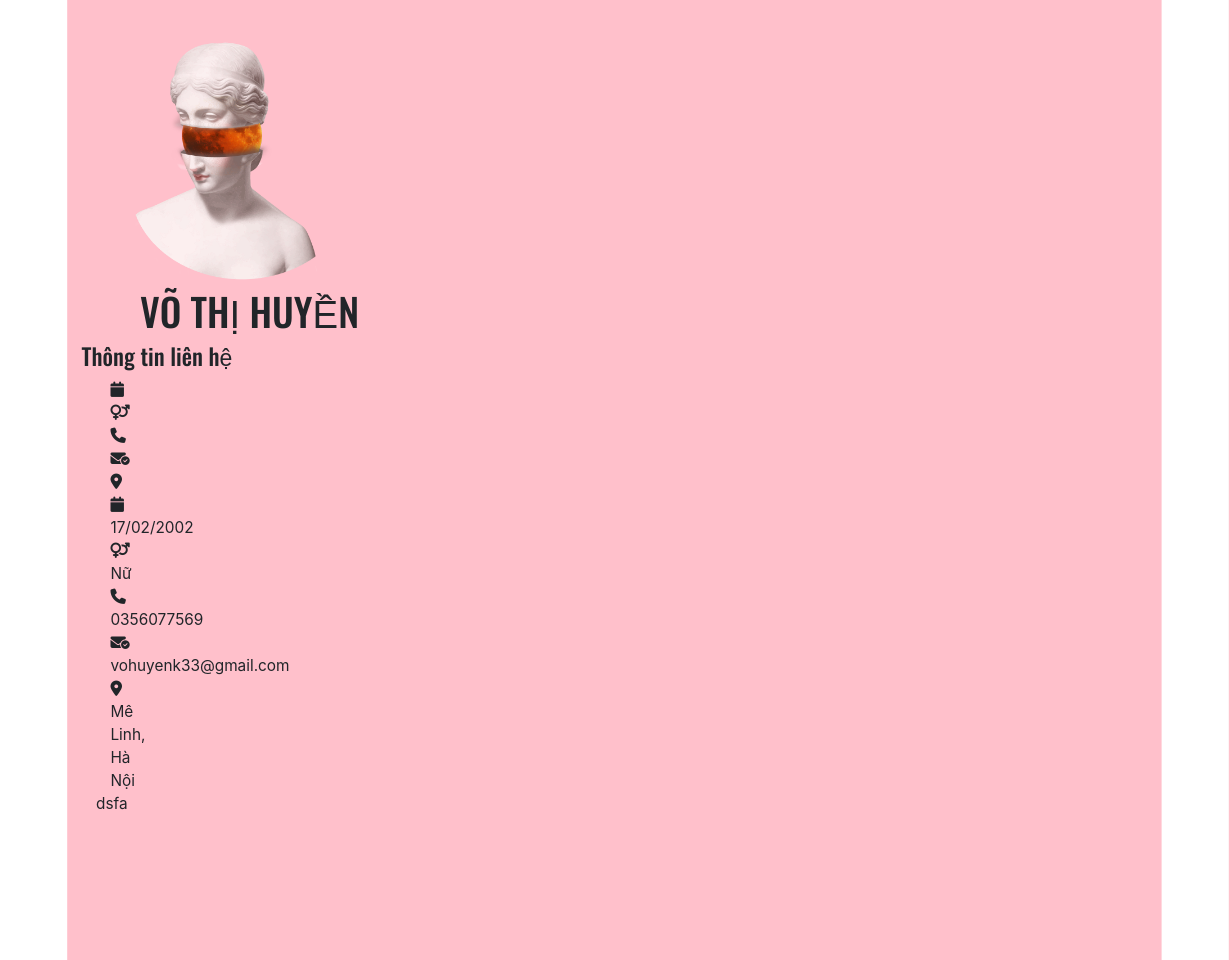
Repository: huyennvo/CSS
Page: CV/index.html
An editor plug-in stored every save of this project. The page is shown before and after the next save, followed by the edit.
The browser window is 1280 px wide. The pictures show the whole page, at 96% of full size.
Some web libraries are served in a nearby version.

Above is the page before, as saved 2022-07-18 15:02:23.

### CV/index.html
<!DOCTYPE html>
<html lang="en">
<head>
    <meta charset="UTF-8">
    <meta http-equiv="X-UA-Compatible" content="IE=edge">
    <meta name="viewport" content="width=device-width, initial-scale=1.0">
    <title>CV</title>
    <link rel="stylesheet" href="./style.css">
    <link rel="stylesheet" href="https://cdn.jsdelivr.net/npm/bootstrap@4.6.1/dist/css/bootstrap.min.css" integrity="sha384-zCbKRCUGaJDkqS1kPbPd7TveP5iyJE0EjAuZQTgFLD2ylzuqKfdKlfG/eSrtxUkn" crossorigin="anonymous">
    <style>
        @import url('https://fonts.googleapis.com/css2?family=Open+Sans:ital,wght@1,500&family=Oswald:wght@500&display=swap');
    </style>
    <script src="https://kit.fontawesome.com/1b99fd25e4.js" crossorigin="anonymous"></script>
</head>
<body>
    <div class="container">
        <div class="row">
            <div class="left col-sm-4">
                <img src="./aurora101.png" class="rounded" alt="Cinque Terre">
                <h1>VÕ THỊ HUYỀN</h1>

                <h4>Thông tin liên hệ</h4>
                <div class="left col-sm-1">
                    <div class="left col-sm-2">
                        <i class="fa-solid fa-calendar"></i>

                        <i class="fa-solid fa-venus-mars"></i>

                        <i class="fa-solid fa-phone"></i>

                        <i class="fa-solid fa-envelope-circle-check"></i>

                        <i class="fa-solid fa-location-dot"></i>

                    </div>
                    <div class="left col-sm-3">
                        <i class="fa-solid fa-calendar"></i>
                        17/02/2002
                        <br>
                        <i class="fa-solid fa-venus-mars"></i>
                        Nữ
                        <br>
                        <i class="fa-solid fa-phone"></i>
                        0356077569
                        <br>
                        <i class="fa-solid fa-envelope-circle-check"></i>
                        vohuyenk33@gmail.com
                        <br>
                        <i class="fa-solid fa-location-dot"></i>
                        Mê Linh, Hà Nội
                        <br>
                    </div>

                </div>

            <div class="right col-sm-8">
                dsfa
            </div>
        </div>
    </div>
</body>
</html>

### CV/style.css
*{
    margin: 0;
    padding: 0;
}

.container {
    width: 500px;
    height: 1000px;
    background-color: pink;
}

img {
    display: block;
    max-width:300px;
    max-height:300px;
    width: auto;
    height: auto;
  }

h1, h4 {
    font-family: 'Open Sans', sans-serif;
    font-family: 'Oswald', sans-serif;
    text-align: center;
}

h4 {
    text-align: left;
}

.left {

}

.right {

}

After the next save:
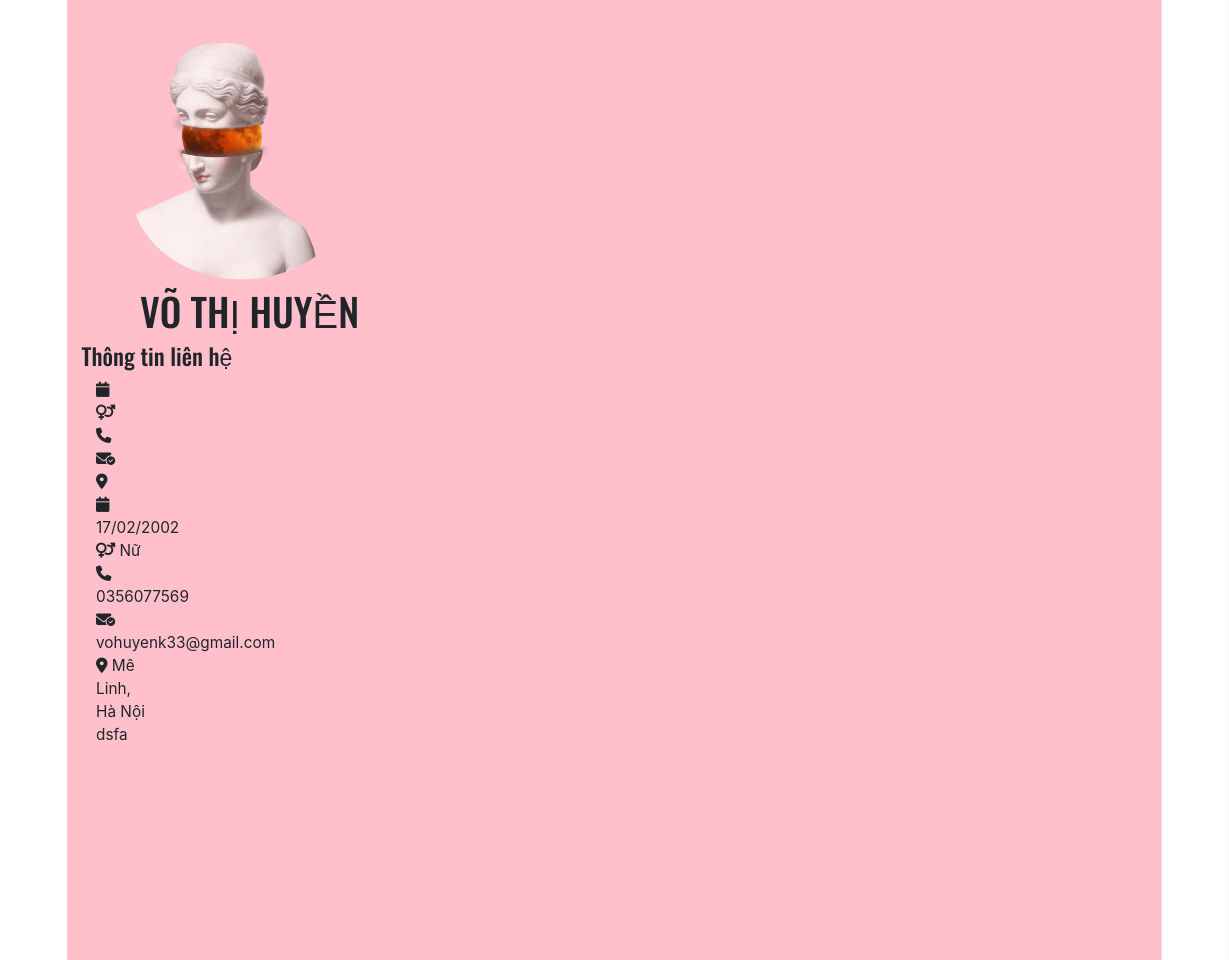
Saved 2 min 17 s later.
--- a/CV/index.html
+++ b/CV/index.html
@@ -20,35 +20,35 @@
                 <h1>VÕ THỊ HUYỀN</h1>
 
                 <h4>Thông tin liên hệ</h4>
-                <div class="left col-sm-1">
-                    <div class="left col-sm-2">
-                        <i class="fa-solid fa-calendar"></i>
+                <div>
+                    <div class="left col-sm-1">
 
-                        <i class="fa-solid fa-venus-mars"></i>
+                            <i class="fa-solid fa-calendar"></i>
 
-                        <i class="fa-solid fa-phone"></i>
+                            <i class="fa-solid fa-venus-mars"></i>
 
-                        <i class="fa-solid fa-envelope-circle-check"></i>
+                            <i class="fa-solid fa-phone"></i>
 
-                        <i class="fa-solid fa-location-dot"></i>
+                            <i class="fa-solid fa-envelope-circle-check"></i>
 
+                            <i class="fa-solid fa-location-dot"></i>
                     </div>
                     <div class="left col-sm-3">
-                        <i class="fa-solid fa-calendar"></i>
-                        17/02/2002
-                        <br>
-                        <i class="fa-solid fa-venus-mars"></i>
-                        Nữ
-                        <br>
-                        <i class="fa-solid fa-phone"></i>
-                        0356077569
-                        <br>
-                        <i class="fa-solid fa-envelope-circle-check"></i>
-                        vohuyenk33@gmail.com
-                        <br>
-                        <i class="fa-solid fa-location-dot"></i>
-                        Mê Linh, Hà Nội
-                        <br>
+                            <i class="fa-solid fa-calendar"></i>
+                            17/02/2002
+                            <br>
+                            <i class="fa-solid fa-venus-mars"></i>
+                            Nữ
+                            <br>
+                            <i class="fa-solid fa-phone"></i>
+                            0356077569
+                            <br>
+                            <i class="fa-solid fa-envelope-circle-check"></i>
+                            vohuyenk33@gmail.com
+                            <br>
+                            <i class="fa-solid fa-location-dot"></i>
+                            Mê Linh, Hà Nội
+                            <br>
                     </div>
 
                 </div>
